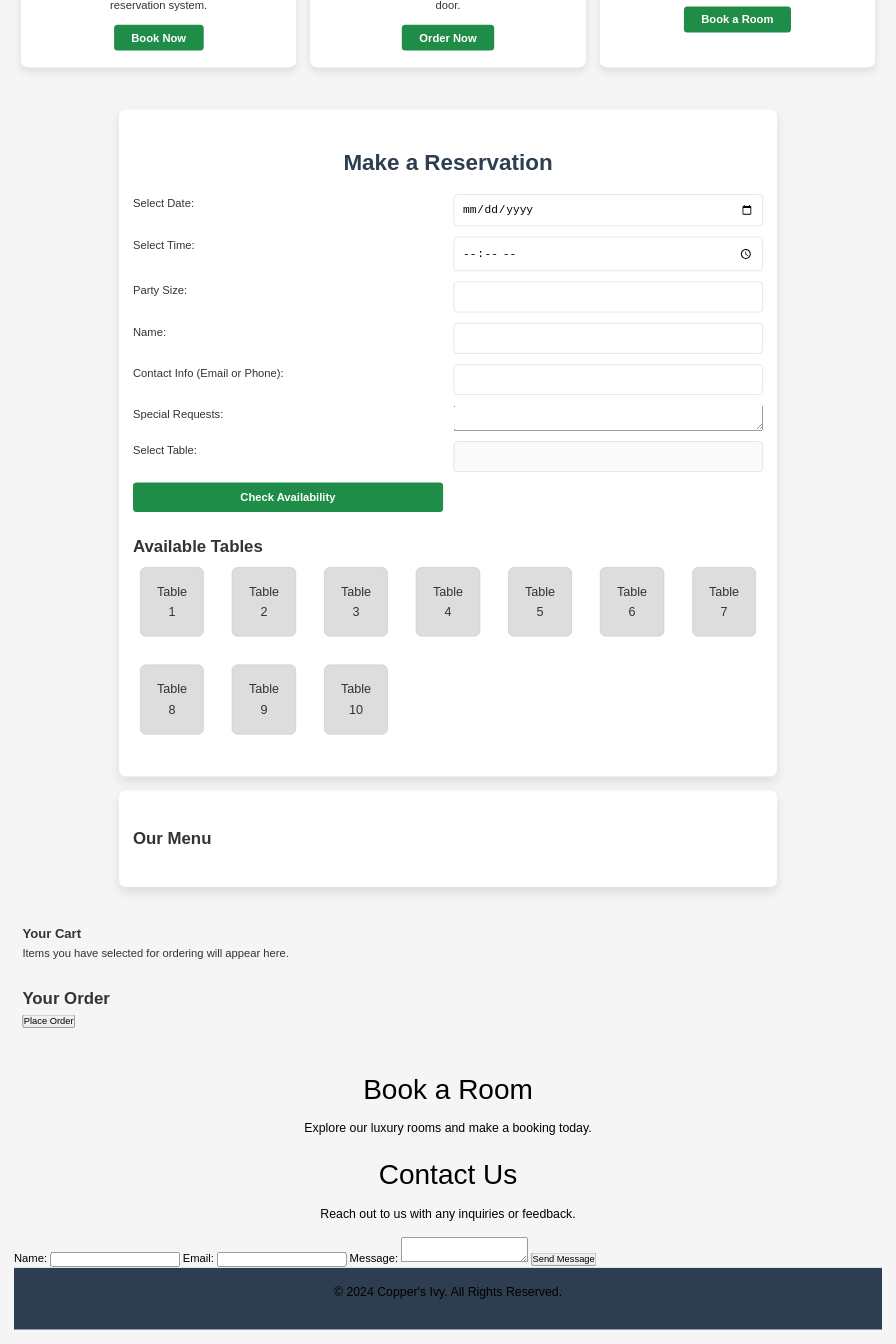
Repository: malingubarnice/Online-Reservation-System
Page: index.html
These files come from the project's save history. The page is drawn as it stood at one moment and after the next save; the edit follows.
The browser window is 1280 px wide. The pictures show the part of the page from y = 686 to 2606 px (the page is 2606 px tall before and 2567 px after), at 70% of full size.

Above is the page before, as saved 2025-01-07 15:12:51.

After the next save:
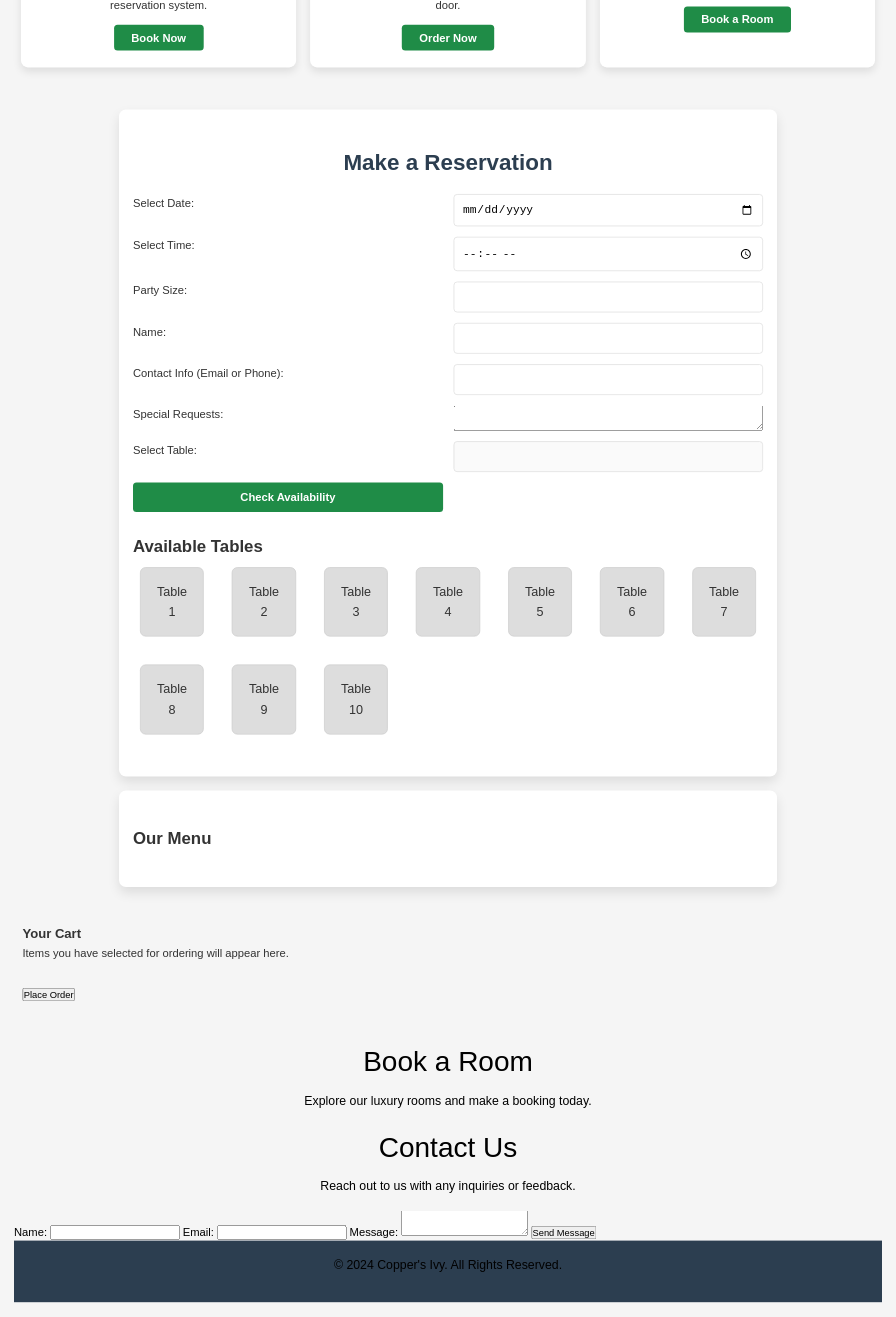
Saved 66 s later.
--- a/index.html
+++ b/index.html
@@ -126,7 +126,6 @@
   </section>
         <!-- Order Form -->
         <div class="order-form">
-            <h2>Your Order</h2>
             <div class="order-list">
                 <!-- Dynamically added ordered items will appear here -->
             </div>
